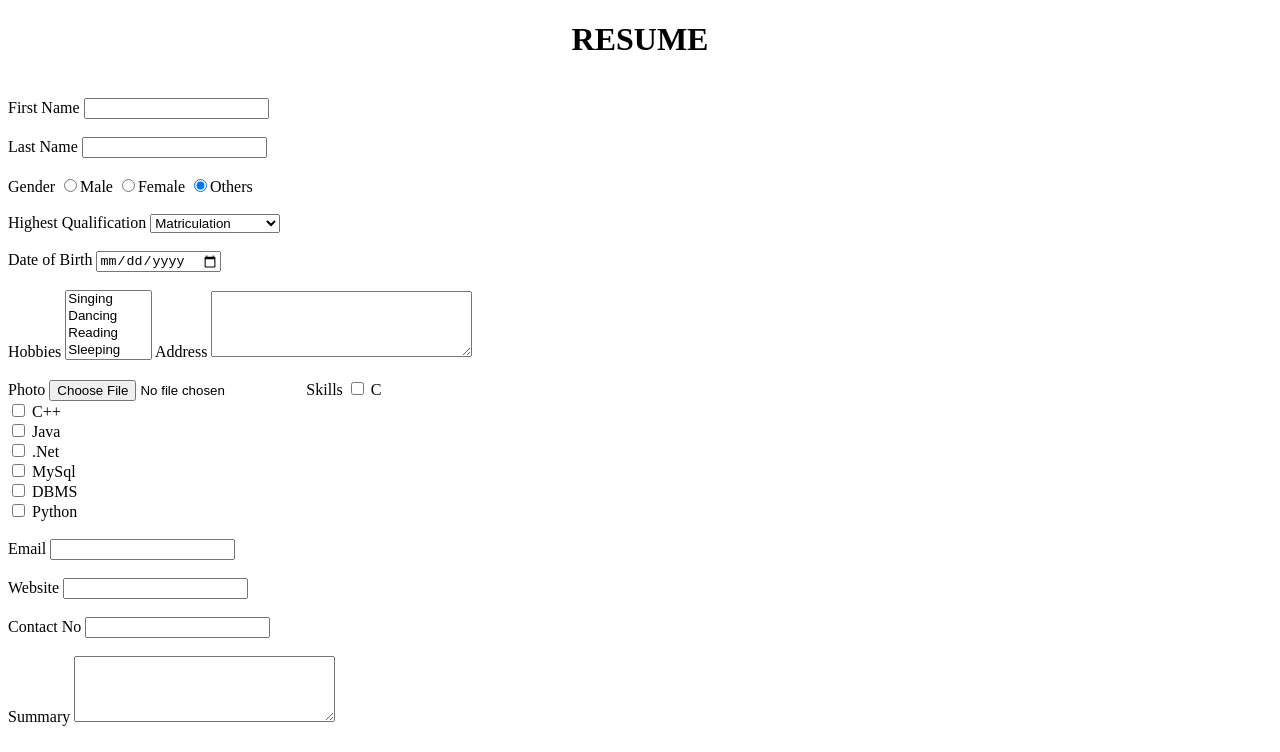
Repository: Rccalfa123/JEE
Page: MyFirstServlet/WebContent/Resume.html
An editor plug-in stored every save of this project. The page is shown before and after the next save, followed by the edit.
The browser window is 1280 px wide. The pictures show the whole page.

Above is the page before, as saved 2018-08-07 08:35:02.

### MyFirstServlet/WebContent/Resume.html
<!DOCTYPE html>
<html>
<head>
<meta charset="ISO-8859-1">
<title>Resume</title>
</head>
<body>
   <form action="ms1.java" method="get">
   <h1 align="center"> RESUME </h1><br>

   First Name <input type="text" name="fname"><br><br>

   Last Name  <input type="text" name="lname"><br><br>

   Gender <input type="radio" name = "gender" value="male" checked="checked">Male
   		  <input type="radio" name = "gender" value="female" checked="checked">Female
   		  <input type="radio" name = "gender" value="others" checked="checked">Others<br><br>

   Highest Qualification <select name = "Qualification">
            <option value="matriculation">Matriculation</option>
            <option value="intermediate">Intermediate</option>
            <option value="bachaolor_degree">Bachaelor Degree</option>
            <option value="masters">Masters</option>

   			</select> <br><br>

   Date of Birth <input type="date" name="dob"> <br><br>

   Hobbies <select multiple  name = "hobbies">
            <option value="singing">Singing</option>
            <option value="dancing">Dancing</option>
            <option value="reading">Reading</option>
            <option value="sleeping">Sleeping</option>
            <option value="eating">Eating</option>
            <option value="video_games">Video Games</option> <br><br>

   			</select>

   Address <textarea name="address"   rows="4" cols="30"></textarea><br><br>

   Photo	<input type="file"  name="photo">


   Skills    <input type="checkbox" name="skills" value="c"> C <br>
   			 <input type="checkbox" name="skills" value="c++"> C++ <br>
   			 <input type="checkbox" name="skills" value="java"> Java <br>
  			 <input type="checkbox" name="skills" value=".net"> .Net <br>
  			 <input type="checkbox" name="skills" value="mysql"> MySql <br>
   			 <input type="checkbox" name="skills" value="dbms"> DBMS <br>
   			 <input type="checkbox" name="skills" value="python"> Python <br><br>

  Email    <input type="email"  name="email"> <br><br>

  Website  <input type="url" name="website"><br><br>

  Contact No <input type="text" name="contact_no"> <br><br>

  Summary  <textarea name="summary"   rows="4" cols="30"></textarea><br><br>


   </form>


</body>
</html>

After the next save:
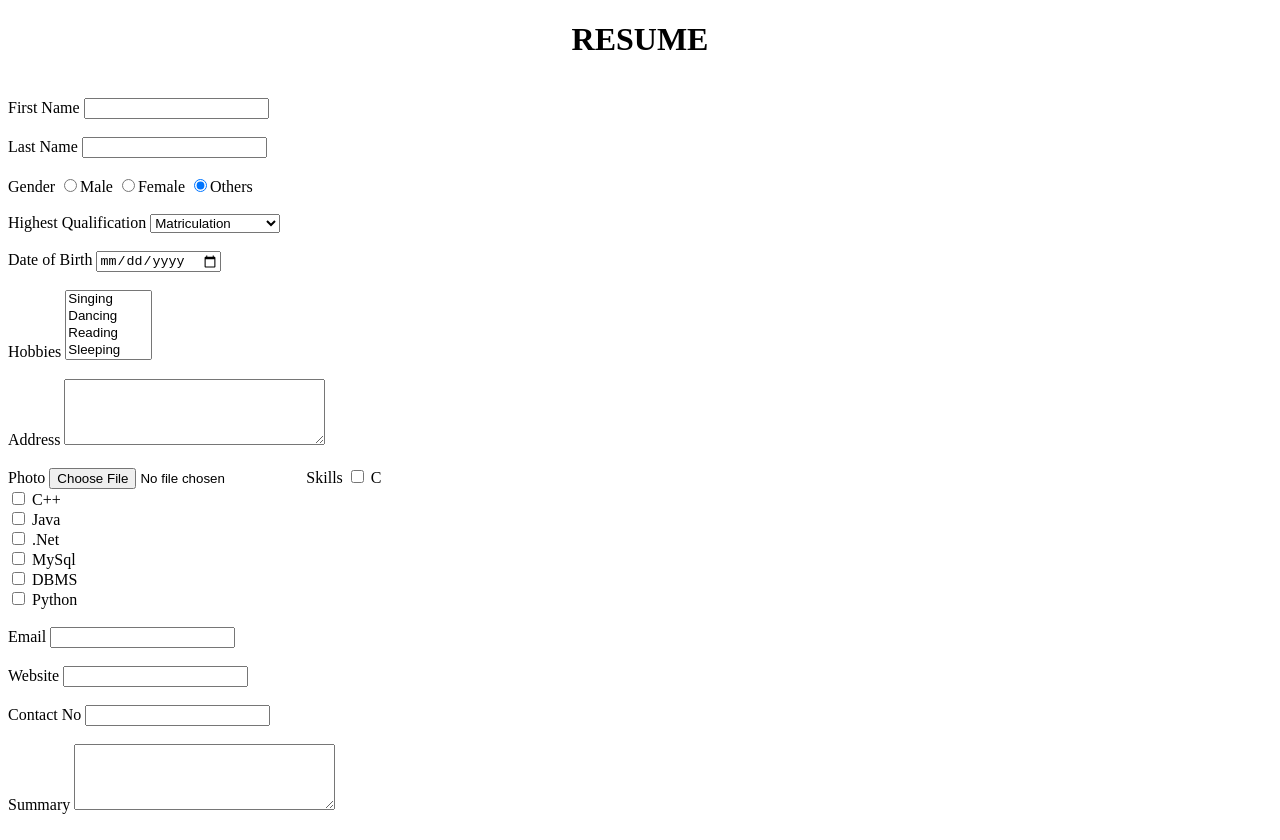
Saved 24 s later.
--- a/MyFirstServlet/WebContent/Resume.html
+++ b/MyFirstServlet/WebContent/Resume.html
@@ -32,9 +32,9 @@
             <option value="reading">Reading</option>
             <option value="sleeping">Sleeping</option>
             <option value="eating">Eating</option>
-            <option value="video_games">Video Games</option> <br><br>
+            <option value="video_games">Video Games</option>
 
-   			</select>
+   			</select><br><br>
 
    Address <textarea name="address"   rows="4" cols="30"></textarea><br><br>
 
